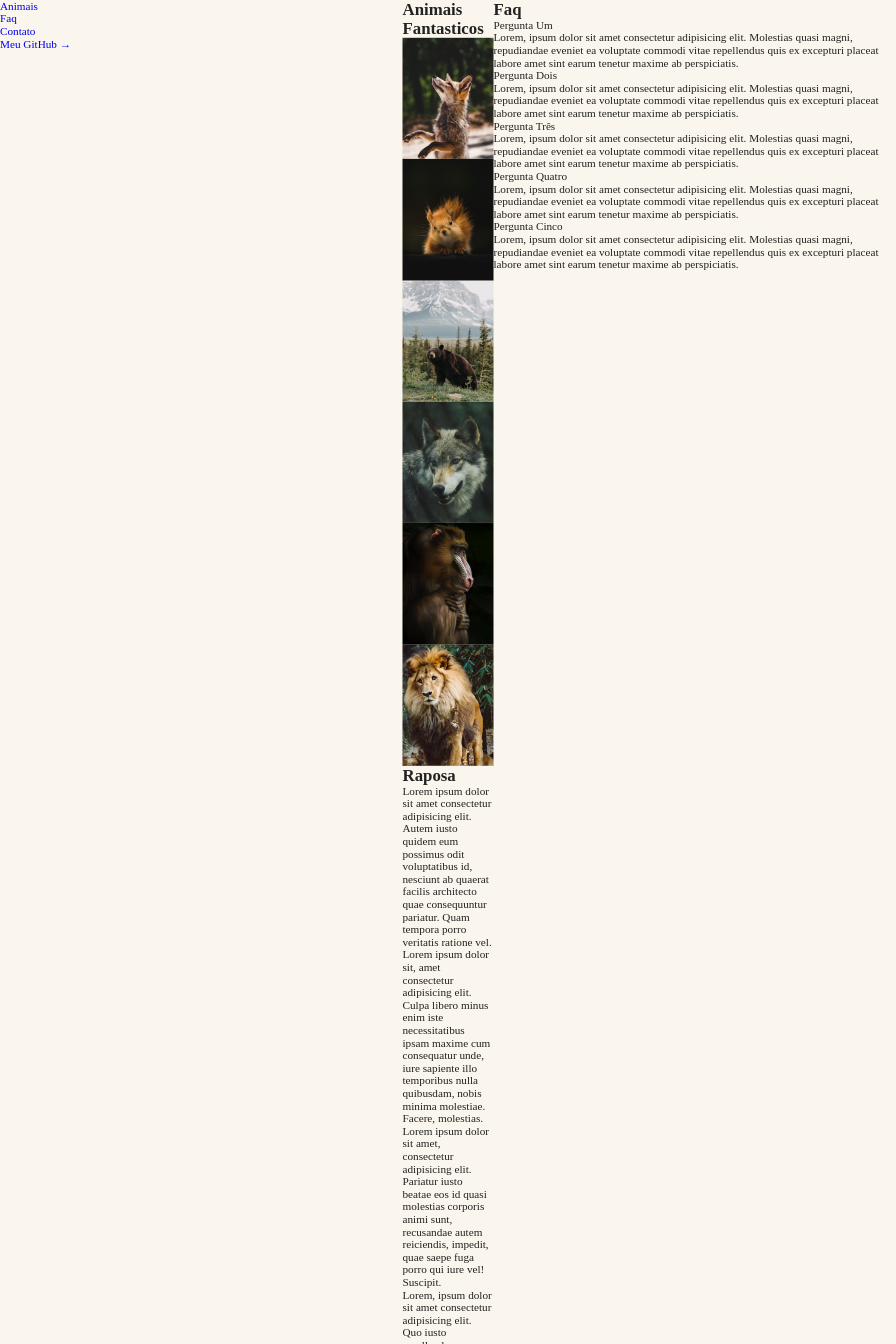
Repository: meiotera/animaisPagina
Page: index.html
The author's editor kept a copy of each file at every save. The page is drawn from the files as they stood at one save, then again after the next save.
The browser window is 1280 px wide. The pictures show the part of the page from y = 0 to 1920 px (the page is 8062 px tall before and 8744 px after), at 70% of full size.

Above is the page before, as saved 2025-05-02 09:45:45.

After the next save:
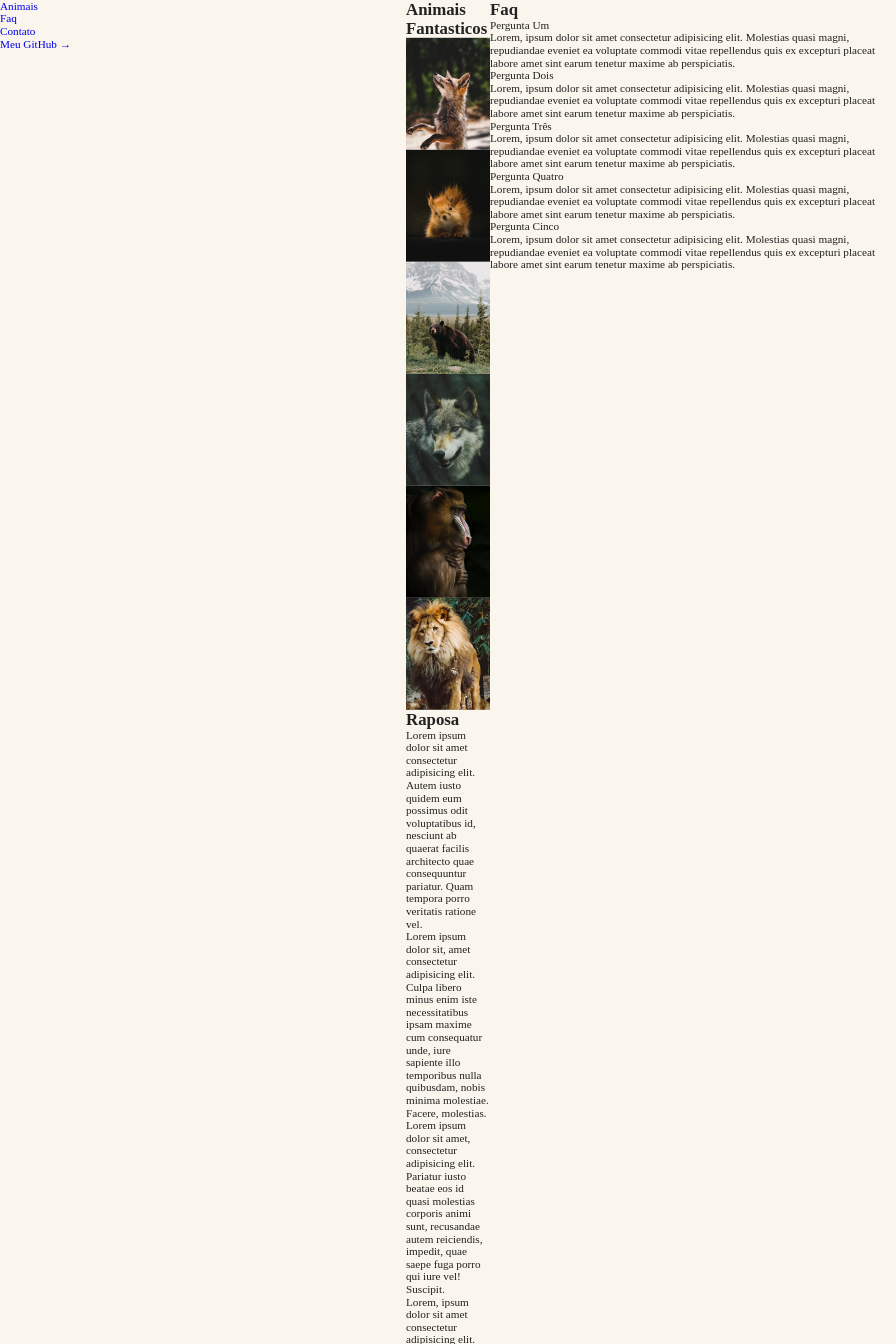
Saved 7 s later.
--- a/css/style.css
+++ b/css/style.css
@@ -24,5 +24,5 @@
   background-color: #faf6ed;
   color: #222;
   display: grid;
-  grid-template-columns: 1fr 130px 1fr;
+  grid-template-columns: 1fr 120px 1fr;
 }
